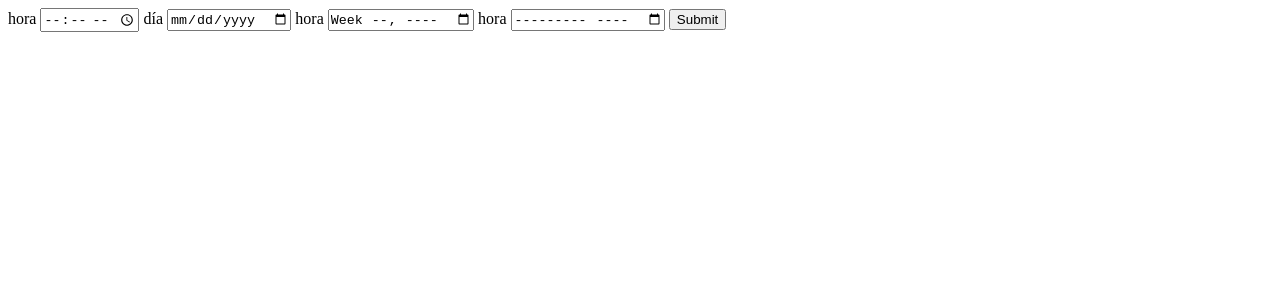
Repository: Daniel009980/daniel0099980
Page: cursodehtml/para calendario/index.html
The author's editor kept a copy of each file at every save. The page is drawn from the files as they stood at one save, then again after the next save.
The browser window is 1280 px wide. The pictures show the whole page.

Above is the page before, as saved 2022-09-10 15:47:53.

### cursodehtml/para calendario/index.html
<!DOCTYPE html>
<html lang="en">
<head>
    <meta charset="UTF-8">
    <meta http-equiv="X-UA-Compatible" content="IE=edge">
    <meta name="viewport" content="width=device-width, initial-scale=1.0">
    <title>Calendario</title>
</head>
<body>

    <form action="">
    <label for="hora">
        <span>hora</span >
        <input type="time" id="hora" name="hora">
    </label>
    <label for="dia">
        <span>día</span >
        <input type="date" id="dia" name="dia">
    </label>
    <label for="semana">
        <span>hora</span >
        <input type="week" id="semana" name="semana">
    </label>
    <label for="mes">
        <span>hora</span >
        <input type="month" id="mes" name="mes">
    </label>
    <input type="submit">
</form>
</body>
</html>

After the next save:
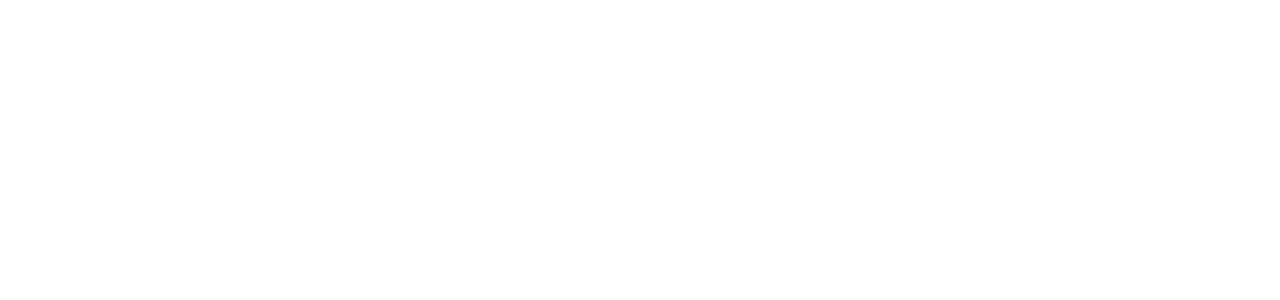
Saved 2 min 20 s later.
--- a/cursodehtml/para calendario/index.html
+++ b/cursodehtml/para calendario/index.html
@@ -8,7 +8,7 @@
 </head>
 <body>
 
-    <form action="">
+<!--     <form action="">
     <label for="hora">
         <span>hora</span >
         <input type="time" id="hora" name="hora">
@@ -26,6 +26,6 @@
         <input type="month" id="mes" name="mes">
     </label>
     <input type="submit">
-</form>
+</form> -->
 </body>
 </html>

After the save that followed:
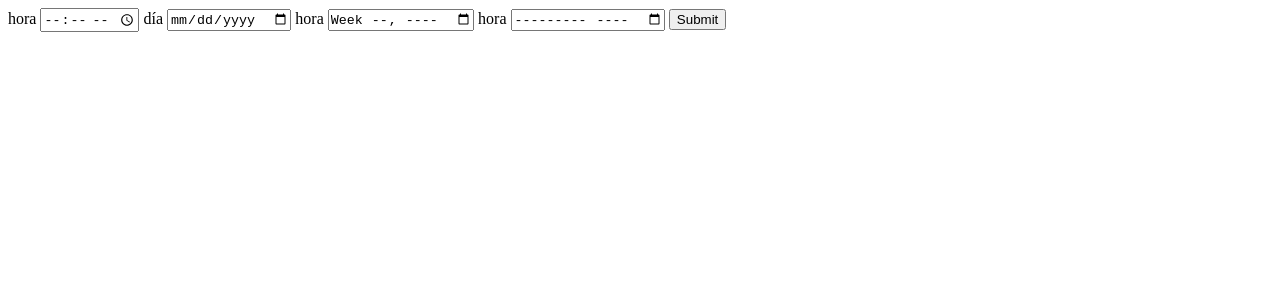
Saved 17 s later.
--- a/cursodehtml/para calendario/index.html
+++ b/cursodehtml/para calendario/index.html
@@ -8,7 +8,7 @@
 </head>
 <body>
 
-<!--     <form action="">
+<form action="">
     <label for="hora">
         <span>hora</span >
         <input type="time" id="hora" name="hora">
@@ -26,6 +26,6 @@
         <input type="month" id="mes" name="mes">
     </label>
     <input type="submit">
-</form> -->
+</form>
 </body>
 </html>
